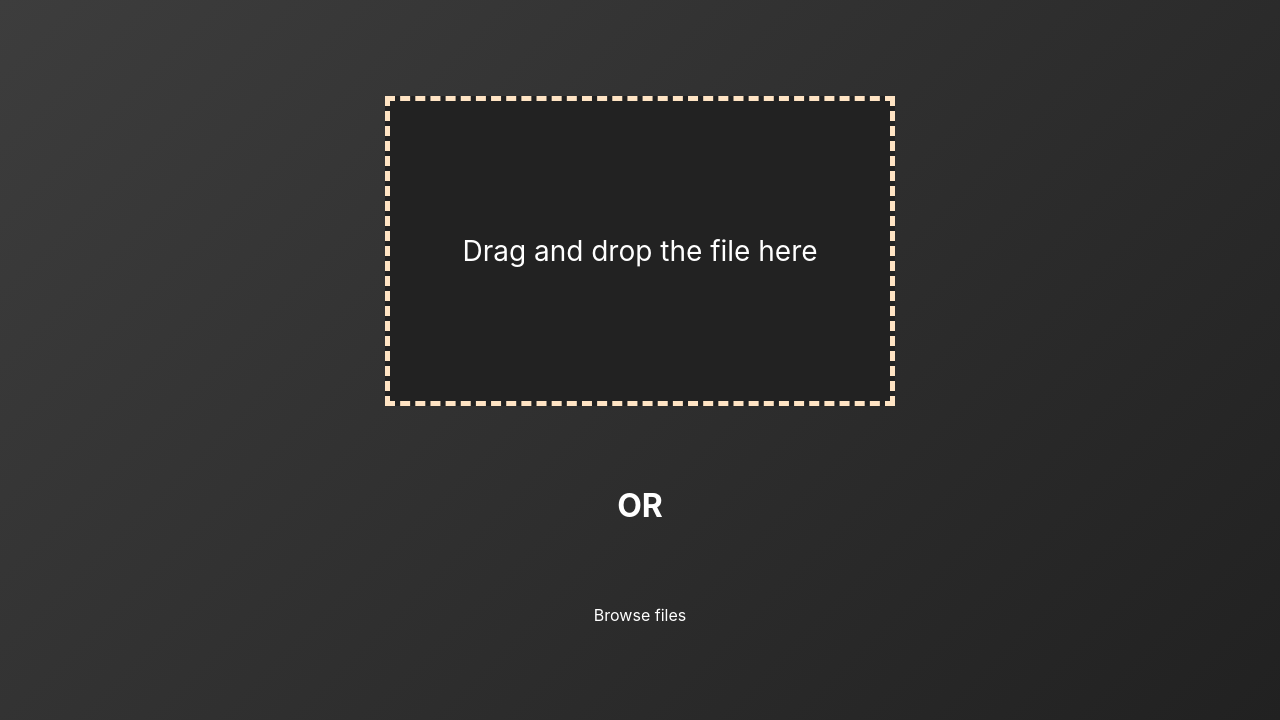
Repository: RXBVK/rt-map
Page: /
An editor plug-in stored every save of this project. The page is shown before and after the next save, followed by the edit.
The browser window is 1280 px wide. The pictures show the whole page.
The project was rebuilt for these pictures with package versions that can differ from the ones it lists, and the page was loaded fresh each time.

Above is the page before, as saved 2021-07-21 13:29:28.

### src/styles/index.css
* {
  margin: 0;
}
body {
  font-family: -apple-system, BlinkMacSystemFont, "Roboto", sans-serif;
  -webkit-font-smoothing: antialiased;
  -moz-osx-font-smoothing: grayscale;
  color: white;
}

code {
  font-family: source-code-pro, Menlo, Monaco, Consolas, "Courier New",
    monospace;
}

### src/App.js
import CsvUploader from "./components/CsvUploader/CsvUploader";
import "./styles/app.css";

function App() {
  return (
    <div className="main__container">
      <CsvUploader />
    </div>
  );
}

export default App;

### src/components/CsvUploader/CsvUploader.js
import React from "react";
import "./styles/csv-uploader.css";

export default function CsvUploader() {
  return (
    <div className="csv-uploader__container">
      <div className="csv-uploader__dropzone">Drag and drop the file here</div>
      <h1>OR</h1>
      <label for="csv-uploader__input" className="csv-uploader__label">
        Browse files
      </label>
      <input type="file" name="photo" id="csv-uploader__input" />
    </div>
  );
}

### src/styles/app.css
.main__container {
  min-height: 100vh;
  width: 100%;
  background: linear-gradient(135deg, #3d3d3d, #212121);
  display: -webkit-box;
  display: -ms-flexbox;
  display: flex;
  -webkit-box-orient: vertical;
  -webkit-box-direction: normal;
      -ms-flex-direction: column;
          flex-direction: column;
  -webkit-box-align: center;
      -ms-flex-align: center;
          align-items: center;
  text-align: center;
  -webkit-box-pack: center;
      -ms-flex-pack: center;
          justify-content: center;
}

.main__container > * {
  -webkit-animation: fadein 800ms;
          animation: fadein 800ms;
}

.button--primary {
  cursor: pointer;
  width: 200px;
  height: 45px;
  background-color: bisque;
  color: black;
  border-radius: 8px;
  font-weight: 700;
  font-size: 16px;
  -webkit-transition: all 200ms ease-out;
  transition: all 200ms ease-out;
}

.button--primary:hover {
  -webkit-filter: brightness(0.8);
          filter: brightness(0.8);
}

@-webkit-keyframes fadein {
  0% {
    opacity: 0;
  }
  100% {
    opacity: 1;
  }
}

@keyframes fadein {
  0% {
    opacity: 0;
  }
  100% {
    opacity: 1;
  }
}
/*# sourceMappingURL=app.css.map */

### src/components/CsvUploader/styles/csv-uploader.css
.csv-uploader__container {
  display: -webkit-box;
  display: -ms-flexbox;
  display: flex;
  -webkit-box-orient: vertical;
  -webkit-box-direction: normal;
      -ms-flex-direction: column;
          flex-direction: column;
  -webkit-box-align: center;
      -ms-flex-align: center;
          align-items: center;
  -webkit-box-pack: center;
      -ms-flex-pack: center;
          justify-content: center;
}

.csv-uploader__container > * {
  margin: 40px 0;
}

.csv-uploader__container .csv-uploader__dropzone {
  cursor: pointer;
  -webkit-box-align: center;
      -ms-flex-align: center;
          align-items: center;
  -webkit-box-pack: center;
      -ms-flex-pack: center;
          justify-content: center;
  width: 500px;
  height: 300px;
  border: 5px dashed bisque;
  font-size: 28px;
  background-color: #222222;
}

.csv-uploader__container .csv-uploader__label {
  display: -webkit-box;
  display: -ms-flexbox;
  display: flex;
  -webkit-box-align: center;
      -ms-flex-align: center;
          align-items: center;
  -webkit-box-pack: center;
      -ms-flex-pack: center;
          justify-content: center;
  margin-left: auto;
  margin-right: auto;
}

.csv-uploader__container #csv-uploader__input {
  opacity: 0;
  position: absolute;
}

@media (max-width: 600px) {
  .csv-uploader__or,
  .csv-uploader__dropzone {
    display: none;
  }
}

@media (min-width: 601px) {
  .csv-uploader__or {
    display: block;
  }
  .csv-uploader__dropzone {
    display: -webkit-box;
    display: -ms-flexbox;
    display: flex;
  }
}
/*# sourceMappingURL=csv-uploader.css.map */

Loaded but not shown: public/index.html (common file); src/index.js (common file); src/reportWebVitals.js (common file)

After the next save:
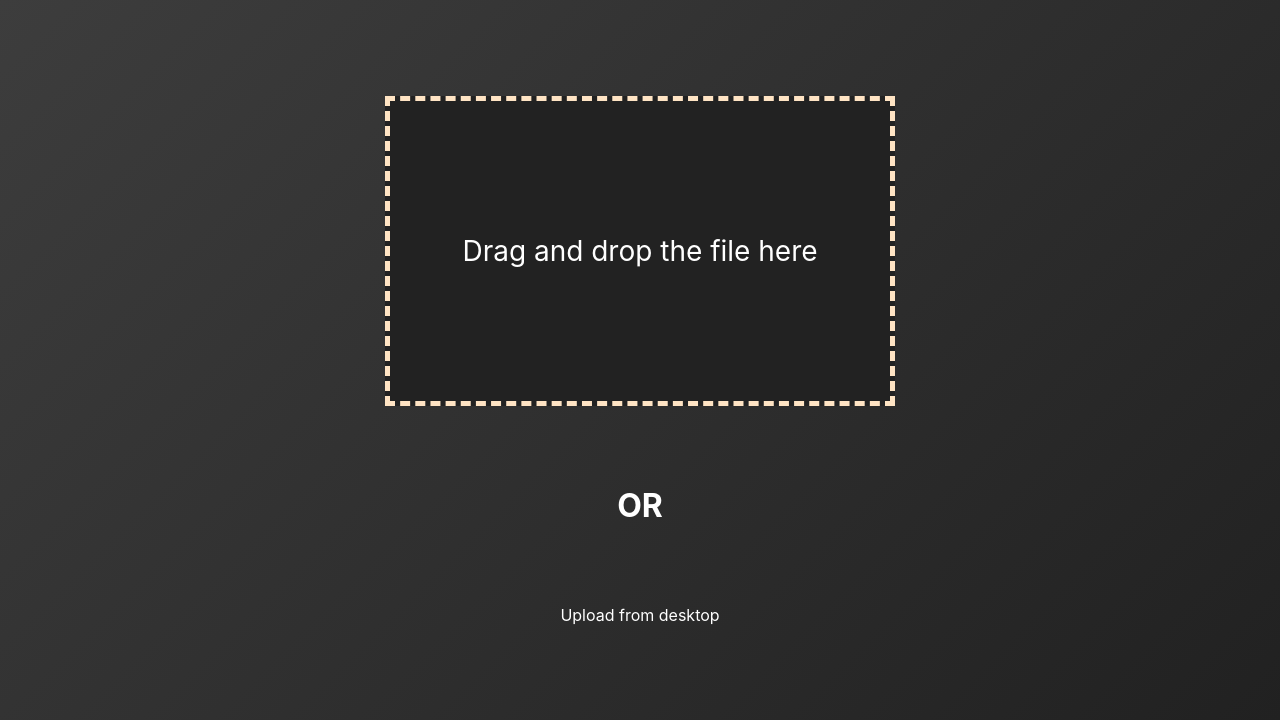
Saved 18 s later.
--- a/src/components/CsvUploader/CsvUploader.js
+++ b/src/components/CsvUploader/CsvUploader.js
@@ -7,7 +7,7 @@ export default function CsvUploader() {
       <div className="csv-uploader__dropzone">Drag and drop the file here</div>
       <h1>OR</h1>
       <label for="csv-uploader__input" className="csv-uploader__label">
-        Browse files
+        Upload from desktop
       </label>
       <input type="file" name="photo" id="csv-uploader__input" />
     </div>
